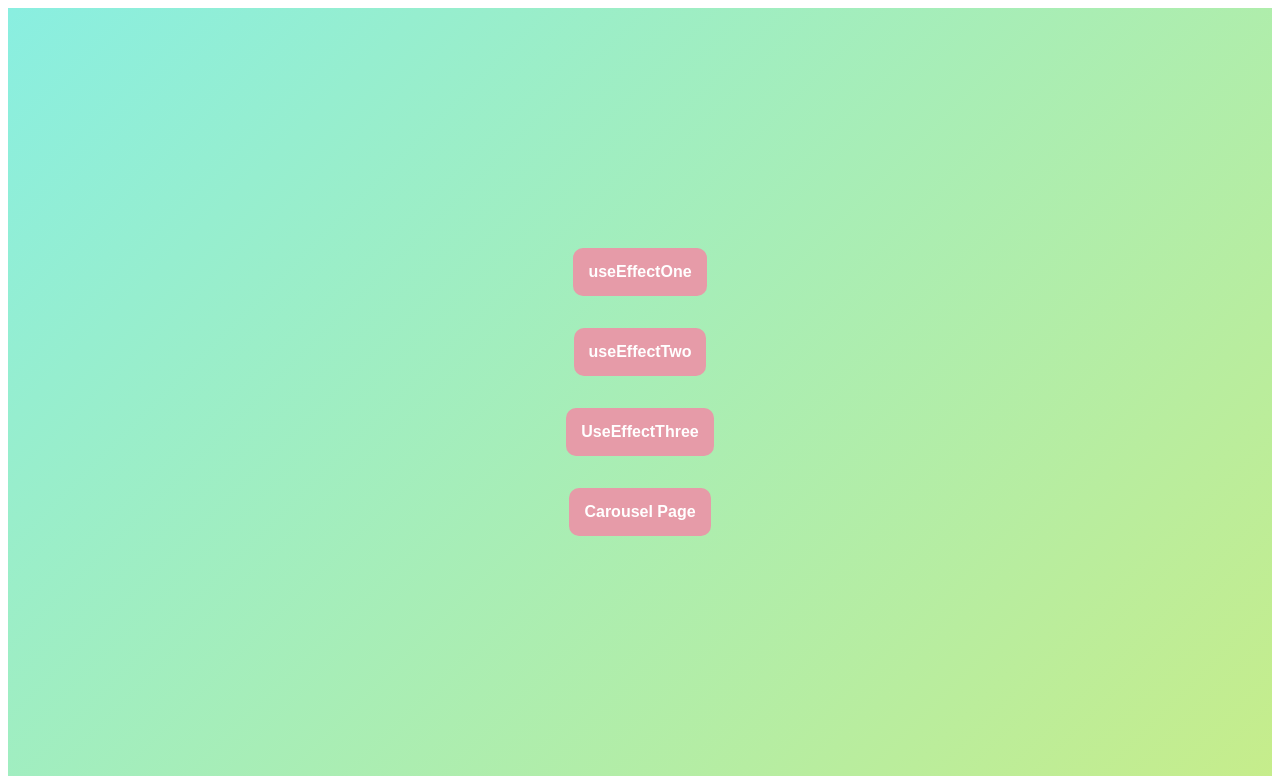
Repository: jjennbui/class8
Page: /
An editor plug-in stored every save of this project. The page is shown before and after a run of saves, followed by the edit.
The browser window is 1280 px wide. The pictures show the whole page.
The project was rebuilt for these pictures with package versions that can differ from the ones it lists, and the page was loaded fresh each time. The framework's server and built-in components were replaced by stand-ins that run in the browser. Also part of the build but not shown: next.config.js.

Above is the page before, as saved 2023-02-20 17:42:47.

After the next 2 saves:
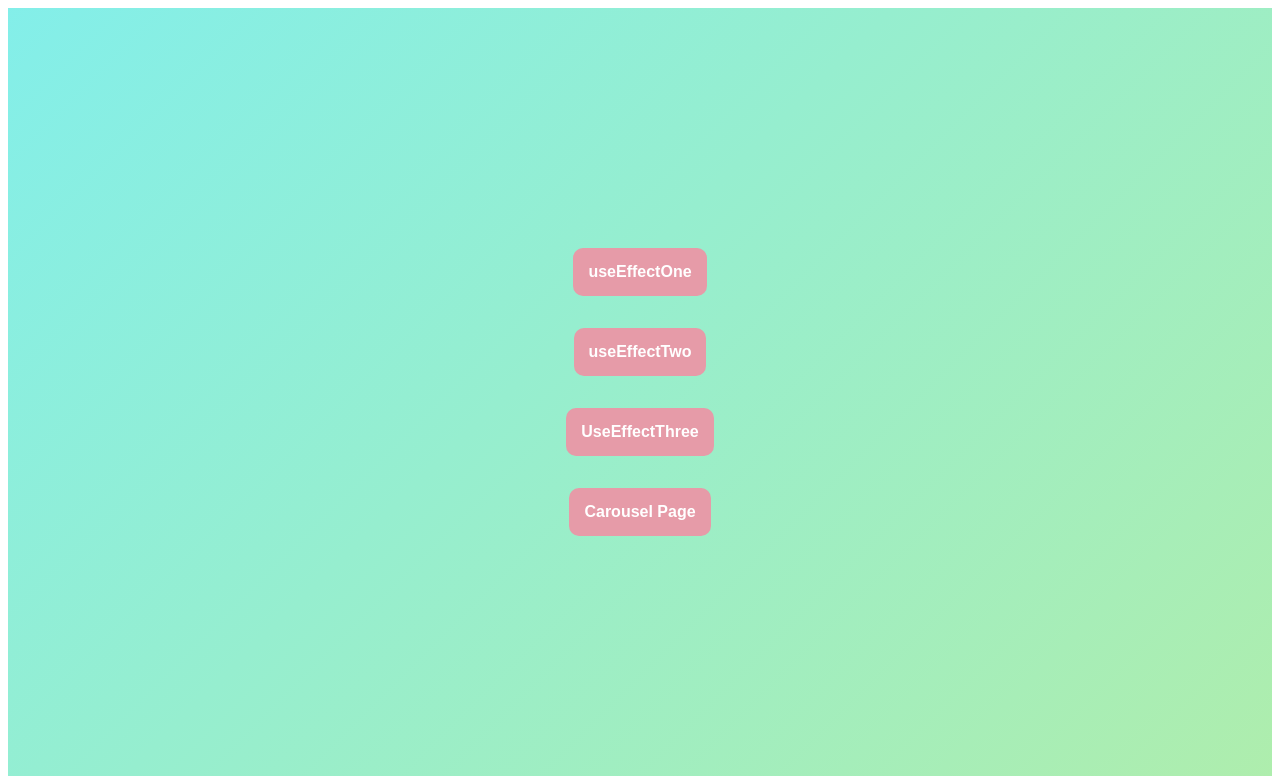
The 2 saves are shown as one change because they came seconds apart.
The last was saved 7 s later.
--- a/styles/Home.module.css
+++ b/styles/Home.module.css
@@ -7,7 +7,7 @@
   padding: 15rem;
   min-height: 40vh;
   background: linear-gradient(-45deg, #ffeb3b, #74efff, #9c27b0);
-  background-size: 500% 400%;
+  background-size: 500% 900%;
   animation: gradient-bg 20s ease infinite;
 
 }
